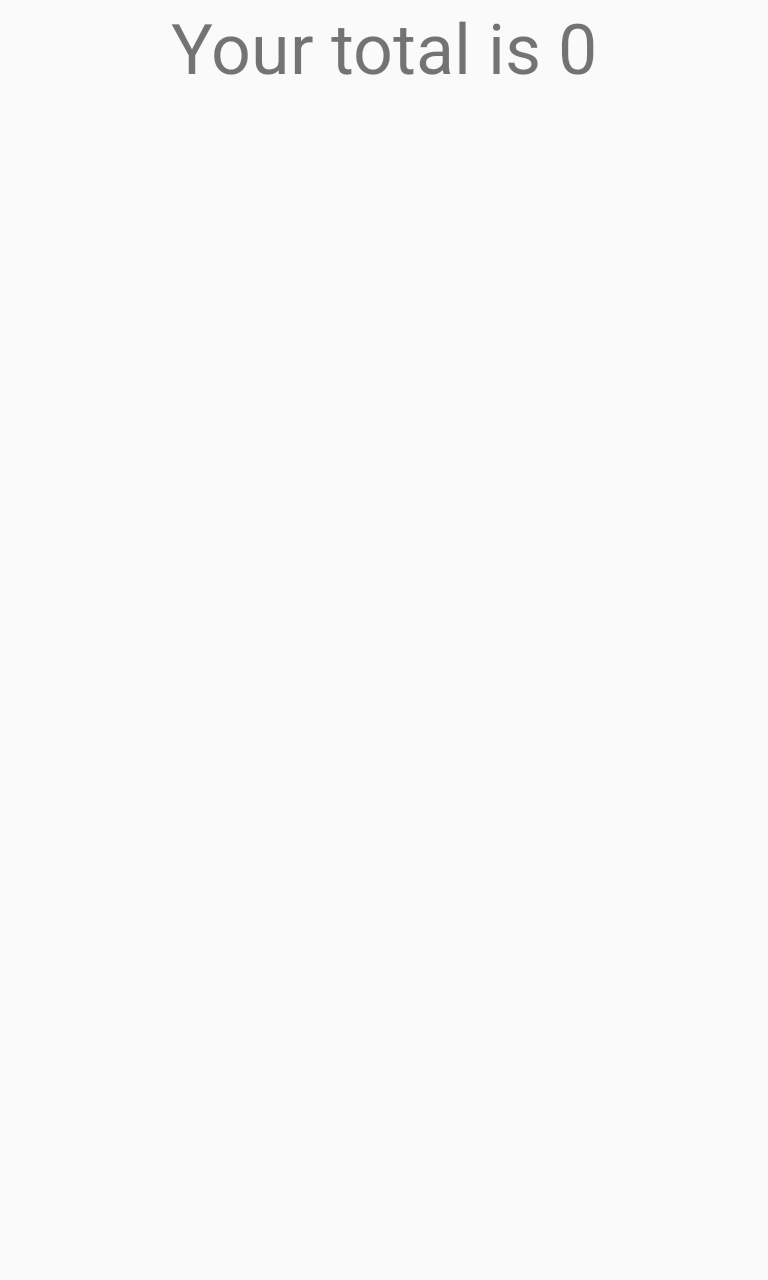
Repository: b1khat/Calendar_Project
Layout: Button_Tutorial/CalendarWorkSpace/Calendar/res/layout/activity_main.xml
An editor plug-in stored every save of this project. The layout is shown before and after the next save, followed by the edit.
It is drawn on a 768 x 1280 px phone screen (xhdpi) without system bars, with theme AppTheme; the app's code is not run.

Above is the layout before, as saved 2015-10-12 19:12:52.

After the next save:
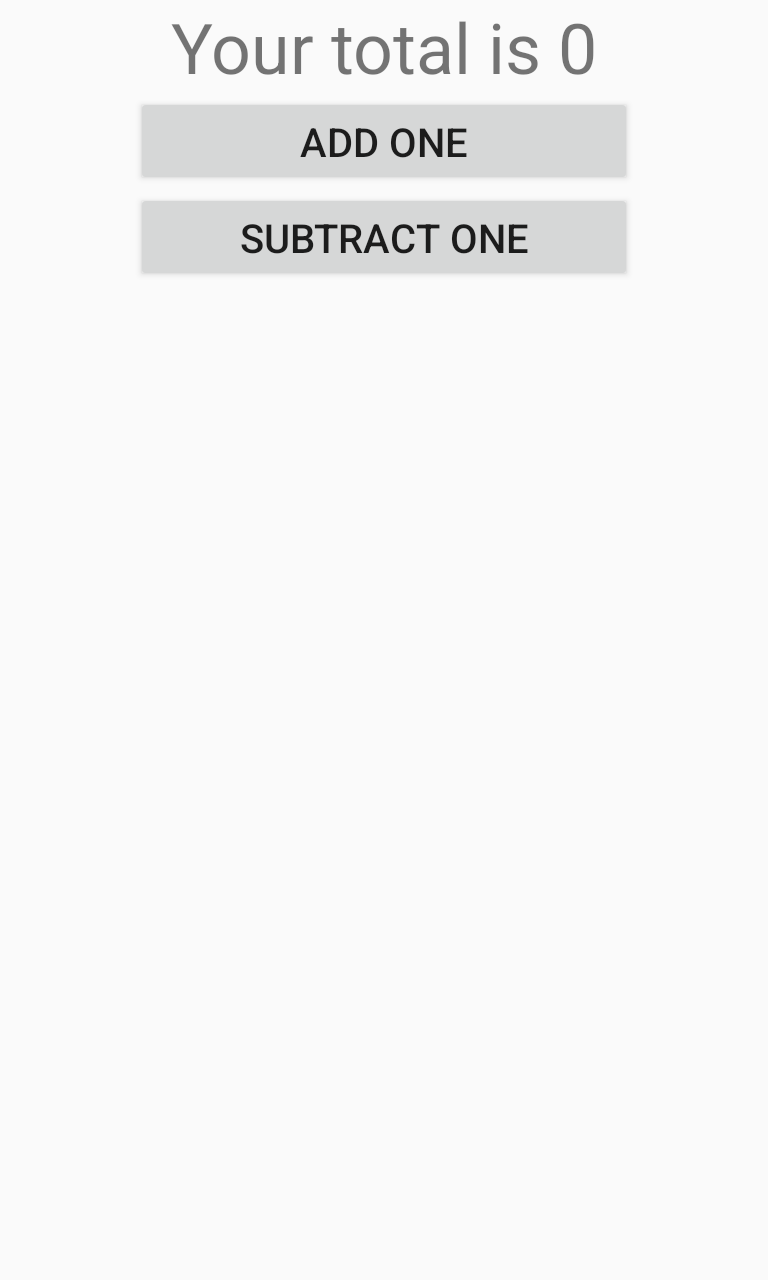
Saved 5 min 24 s later.
--- a/Button_Tutorial/CalendarWorkSpace/Calendar/res/layout/activity_main.xml
+++ b/Button_Tutorial/CalendarWorkSpace/Calendar/res/layout/activity_main.xml
@@ -12,7 +12,26 @@
         android:textSize="35dp"
         android:layout_gravity="center"
         android:gravity="center"
+        android:id="@+id/tvDisplay"
     />
+
+    <Button
+        android:layout_width="250dp"
+        android:layout_height="wrap_content"
+     	android:text="Add one"
+     	android:layout_gravity="center"
+     	android:textSize="20dp"
+		android:id="@+id/buttonAdd"
+     />
+
+    <Button
+        android:layout_width="250dp"
+        android:layout_height="wrap_content"
+     	android:text="Subtract one"
+     	android:layout_gravity="center"
+     	android:textSize="20dp"
+		android:id="@+id/buttonSubtract"
+     />
 
 
 </LinearLayout>
